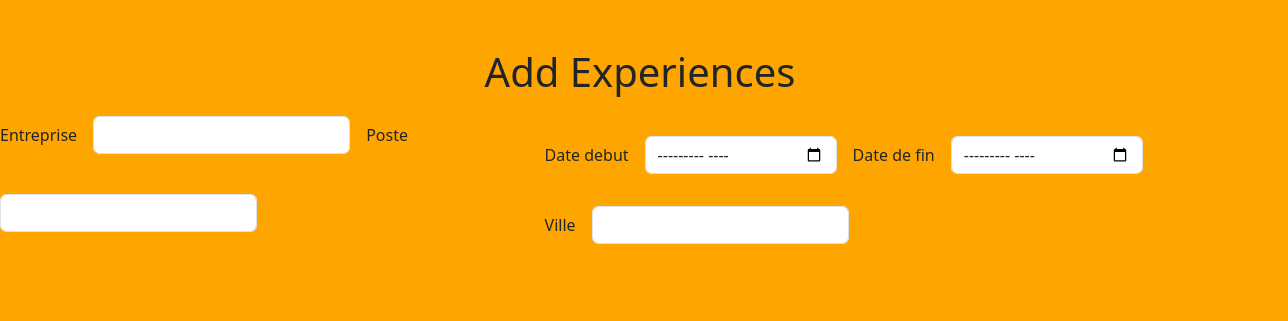
Repository: moAllElite/Examen-EJB-WEB-EAR
Page: http://localhost/SearchJobsWeb/views/exp_form_skills/addExp.jsp
These files come from the project's save history. The page is drawn as it stood at one moment and after the next save; the edit follows.
The browser window is 1280 px wide. The page is 1288 px wide, so the pictures cover 1288 px, including what lies to the right of the window. The pictures show the whole page.
The page is served by Tomcat 9. Nobody is signed in. The application's start-up code is not run.

Above is the page before, as saved 2023-03-25 22:31:57.

After the next save:
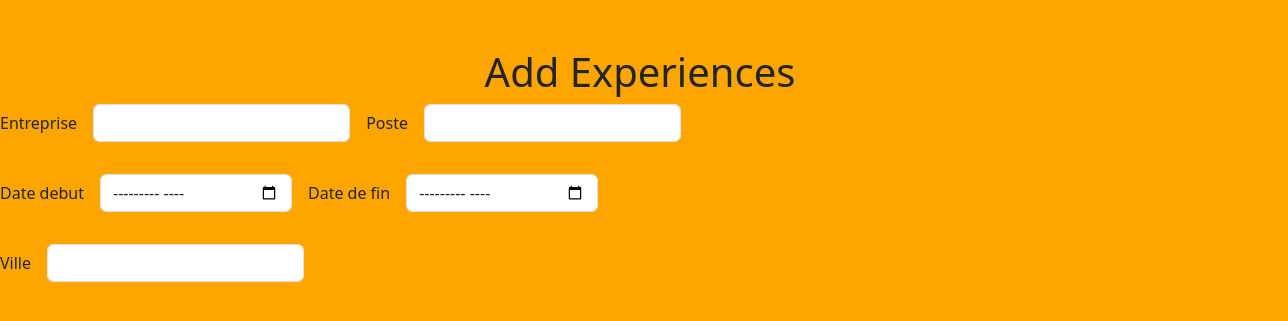
Saved 46 s later.
--- a/SearchJobsWeb/src/main/webapp/views/exp_form_skills/main.jsp
+++ b/SearchJobsWeb/src/main/webapp/views/exp_form_skills/main.jsp
@@ -10,45 +10,45 @@
 	</head>
 	<body  style="background-color: orange;">
 		<!-- Example Code -->
-    <div class="d-flex justify-content-evenly ">
+
 	    <div class="row g-3 align-items-center">
 		      <div class="col-auto">
 		        <label for="inputPassword6" class="col-form-label">Entreprise</label>
 		      </div>
+			      <div class="col-auto">
+			        <input type="text"  class="form-control" name="societe" name="" aria-describedby="addon-wrapping">
+			      </div>
+			      <div class="col-auto">
+			      <label for="inputPassword6" class="col-form-label">Poste</label>
+			    </div>
+			    <div class="col-auto">
+			      <input type="text"  class="form-control" name="poste" required="required" aria-describedby="addon-wrapping">
+			    </div>
+		  	</div>
+		  	<!-- Example Code -->
+
+		    <div class="row g-3 align-items-center mt-3">
 		      <div class="col-auto">
-		        <input type="text"  class="form-control" name="societe" name="" aria-describedby="addon-wrapping">
+		        <label for="inputPassword6" class="col-form-label">Date debut</label>
 		      </div>
 		      <div class="col-auto">
-		      <label for="inputPassword6" class="col-form-label">Poste</label>
+		        <input type="month" name="datedb"  class="form-control" required="required"  aria-describedby="addon-wrapping">
+		      </div>
+		      <div class="col-auto">
+		      <label for="inputPassword6" class="col-form-label">Date de fin</label>
 		    </div>
 		    <div class="col-auto">
-		      <input type="text"  class="form-control" name="poste" required="required" aria-describedby="addon-wrapping">
+		      <input type="month"  name="datefn" required="required" class="form-control"  aria-describedby="addon-wrapping">
 		    </div>
-	  	</div>
-	  	<!-- Example Code -->
-
-	    <div class="row g-3 align-items-center mt-3">
-	      <div class="col-auto">
-	        <label for="inputPassword6" class="col-form-label">Date debut</label>
-	      </div>
-	      <div class="col-auto">
-	        <input type="month" name="datedb"  class="form-control" required="required"  aria-describedby="addon-wrapping">
-	      </div>
-	      <div class="col-auto">
-	      <label for="inputPassword6" class="col-form-label">Date de fin</label>
-	    </div>
-	    <div class="col-auto">
-	      <input type="month"  name="datefn" required="required" class="form-control"  aria-describedby="addon-wrapping">
-	    </div>
-	    <div class="row g-3 align-items-center mt-3">
-	      <div class="col-auto">
-	        <label for="inputPassword6" class="col-form-label">Ville</label>
-	      </div>
-	      <div class="col-auto">
-	        <input type="text" name="ville"  class="form-control" required="required"  aria-describedby="addon-wrapping">
-	      </div>
-	      </div>
-	  </div>
+		    <div class="row g-3 align-items-center mt-3">
+		      <div class="col-auto">
+		        <label for="inputPassword6" class="col-form-label">Ville</label>
+		      </div>
+		      <div class="col-auto">
+		        <input type="text" name="ville"  class="form-control" required="required"  aria-describedby="addon-wrapping">
+		      </div>
+		      </div>
+		  </div>
 	  </div>
 	  	<script src="https://cdn.jsdelivr.net/npm/@popperjs/core@2.11.6/dist/umd/popper.min.js" integrity="sha384-oBqDVmMz9ATKxIep9tiCxS/Z9fNfEXiDAYTujMAeBAsjFuCZSmKbSSUnQlmh/jp3" crossorigin="anonymous"></script>
 		<script src="https://cdn.jsdelivr.net/npm/bootstrap@5.3.0-alpha1/dist/js/bootstrap.min.js" integrity="sha384-mQ93GR66B00ZXjt0YO5KlohRA5SY2XofN4zfuZxLkoj1gXtW8ANNCe9d5Y3eG5eD" crossorigin="anonymous"></script>
